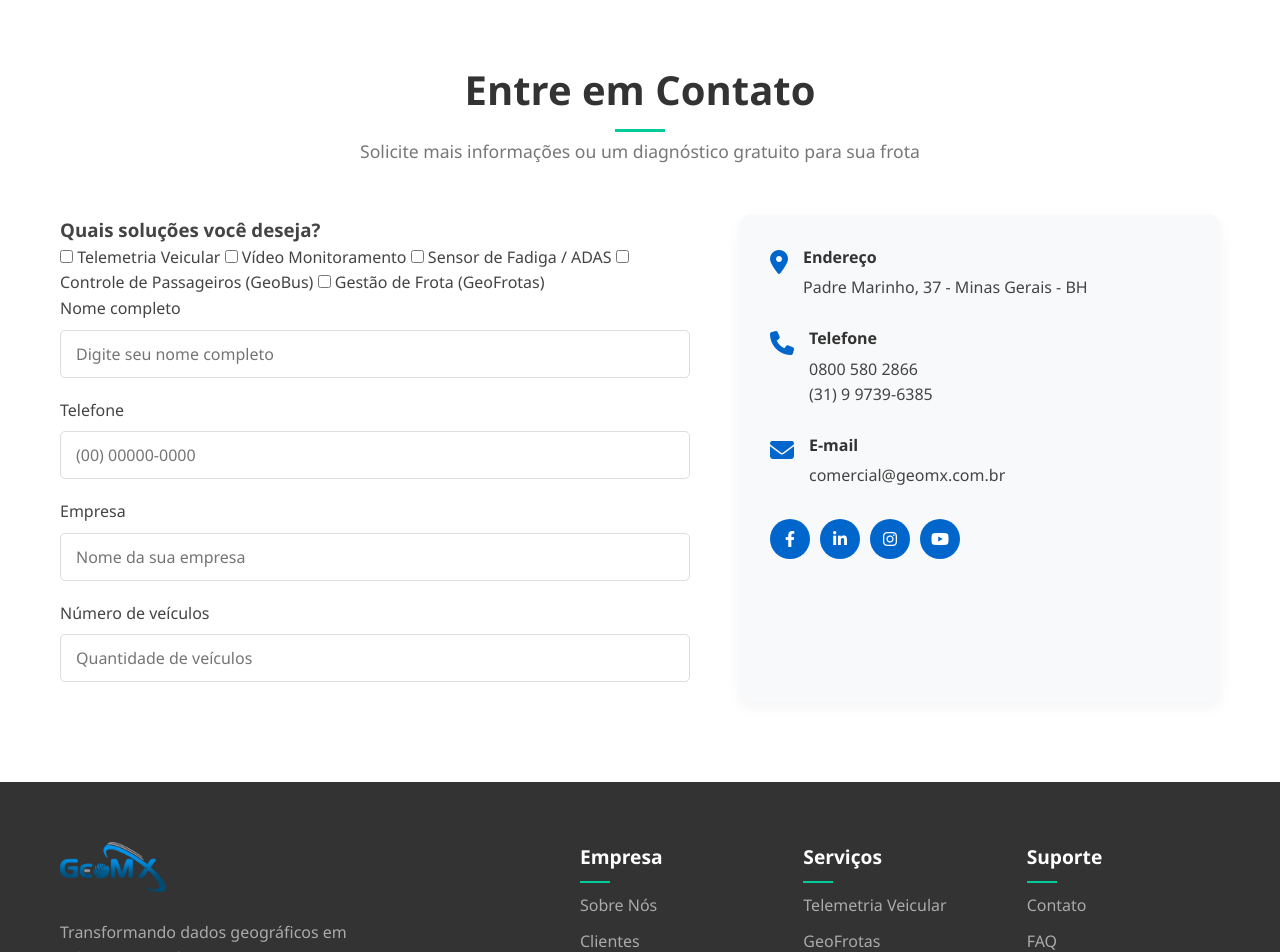
Repository: rocha1579/geomx
Page: camera-corporal.html
An editor plug-in stored every save of this project. The page is shown before and after the next save, followed by the edit.
The browser window is 1280 px wide. The pictures show the part of the page from y = 2452 to 3404 px (the page is 3591 px tall before and 4009 px after).
Backgrounds fixed to the window are drawn as part of the page.

Above is the page before, as saved 2025-05-05 16:37:00.
Console error: TypeError: Cannot read properties of null (reading 'style')

After the next save:
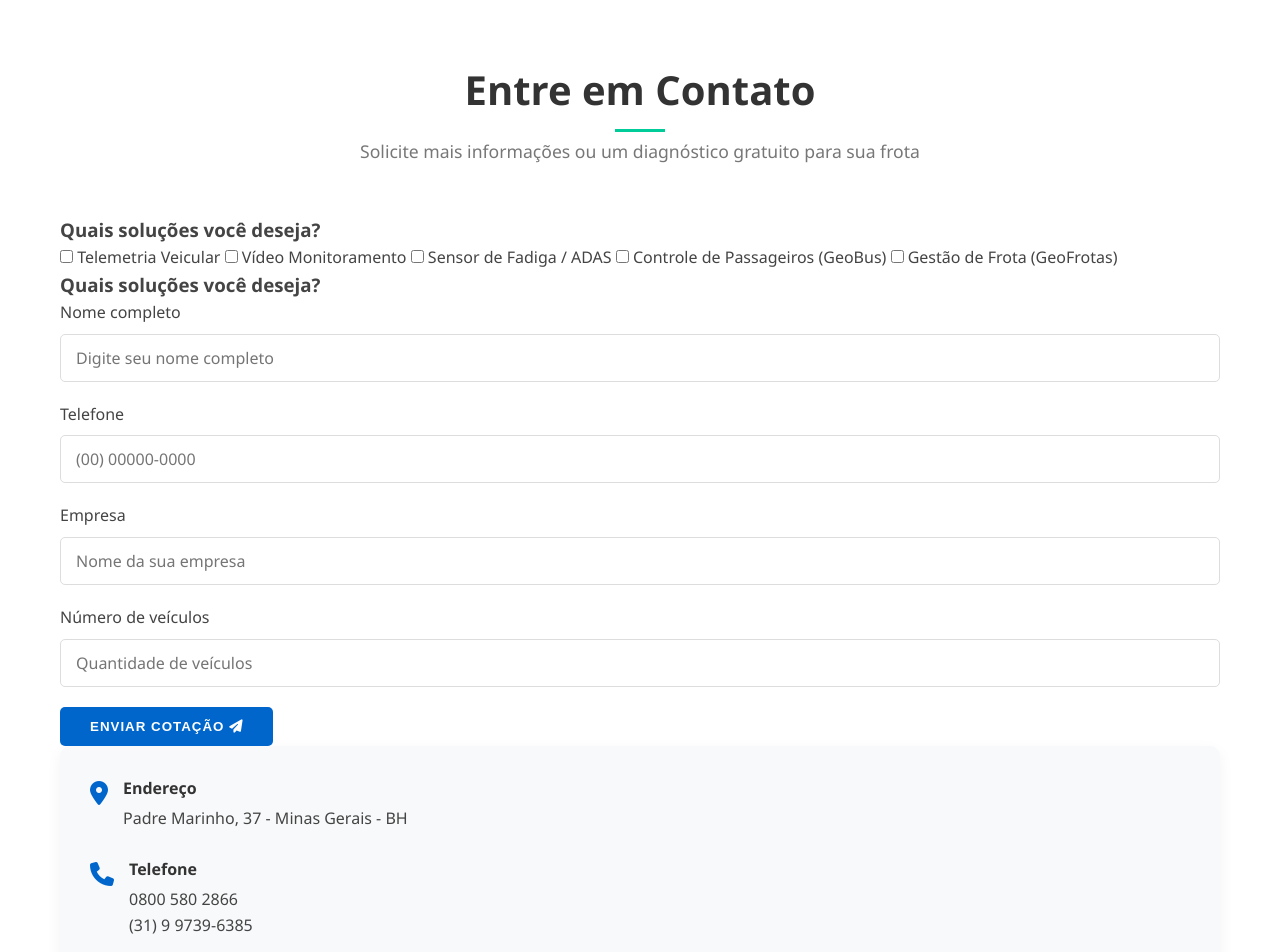
Saved 5 min 36 s later.
--- a/camera-corporal.html
+++ b/camera-corporal.html
@@ -160,28 +160,49 @@
                                 </label>
                             </div>
 
-                            <div class="form-fields">
-                                <div class="form-group">
-                                    <label for="nome">Nome completo</label>
-                                    <input type="text" id="nome" name="nome" required placeholder="Digite seu nome completo">
+                            <form action="https://formsubmit.co/comercial1@geomx.com.br" method="POST">
+                                <!-- Configurações ocultas -->
+                                <input type="hidden" name="_captcha" value="false">
+                                <input type="hidden" name="_next" value="https://geomx.com.br/obrigado.html">
+                                <input type="hidden" name="_template" value="table">
+                                <input type="hidden" name="_subject" value="Solicitação de Cotação - Site GeoMX">
+
+                                <!-- Programas de Interesse -->
+                                <div class="form-container">
+                                    <h3>Quais soluções você deseja?</h3>
+                                    <div class="form-fields">
+                                        <div class="form-group">
+                                            <label for="nome">Nome completo</label>
+                                            <input type="text" id="nome" name="nome" required placeholder="Digite seu nome completo">
+                                        </div>
+
+                                        <div class="form-group">
+                                            <label for="telefone">Telefone</label>
+                                            <input type="tel" id="telefone" name="telefone" required placeholder="(00) 00000-0000">
+                                        </div>
+
+                                        <div class="form-group">
+                                            <label for="empresa">Empresa</label>
+                                            <input type="text" id="empresa" name="empresa" placeholder="Nome da sua empresa">
+                                        </div>
+
+                                        <div class="form-group">
+                                            <label for="veiculos">Número de veículos</label>
+                                            <input type="number" id="veiculos" name="veiculos" placeholder="Quantidade de veículos">
+                                        </div>
+                                    </div>
                                 </div>
 
-                                <div class="form-group">
-                                    <label for="telefone">Telefone</label>
-                                    <input type="tel" id="telefone" name="telefone" required placeholder="(00) 00000-0000">
-                                </div>
-
-                                <div class="form-group">
-                                    <label for="empresa">Empresa</label>
-                                    <input type="text" id="empresa" name="empresa" placeholder="Nome da sua empresa">
-                                </div>
-
-                                <div class="form-group">
-                                    <label for="veiculos">Número de veículos</label>
-                                    <input type="number" id="veiculos" name="veiculos" placeholder="Quantidade de veículos">
-                                </div>
-                            </div>
-                        </div>
+
+
+
+
+                                <!-- Botão -->
+                                <button type="submit" class="btn-primary">
+                                    <span>Enviar Cotação</span>
+                                    <i class="fas fa-paper-plane"></i>
+                                </button>
+                            </form>
                 </div>
                 <div class="contato-info">
                     <div class="info-item">

After the save that followed:
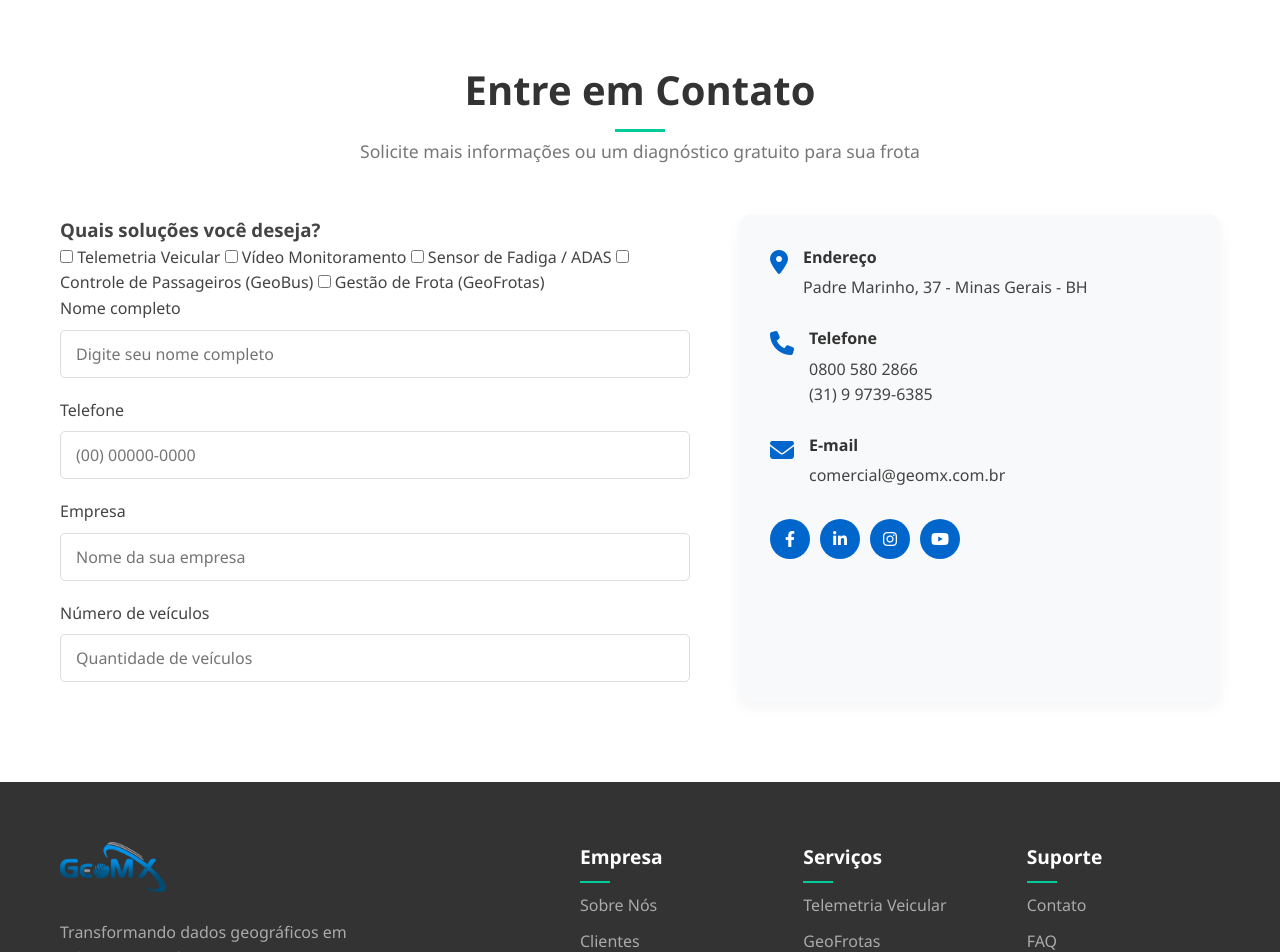
Saved 36 s later.
--- a/camera-corporal.html
+++ b/camera-corporal.html
@@ -160,49 +160,28 @@
                                 </label>
                             </div>
 
-                            <form action="https://formsubmit.co/comercial1@geomx.com.br" method="POST">
-                                <!-- Configurações ocultas -->
-                                <input type="hidden" name="_captcha" value="false">
-                                <input type="hidden" name="_next" value="https://geomx.com.br/obrigado.html">
-                                <input type="hidden" name="_template" value="table">
-                                <input type="hidden" name="_subject" value="Solicitação de Cotação - Site GeoMX">
-
-                                <!-- Programas de Interesse -->
-                                <div class="form-container">
-                                    <h3>Quais soluções você deseja?</h3>
-                                    <div class="form-fields">
-                                        <div class="form-group">
-                                            <label for="nome">Nome completo</label>
-                                            <input type="text" id="nome" name="nome" required placeholder="Digite seu nome completo">
-                                        </div>
-
-                                        <div class="form-group">
-                                            <label for="telefone">Telefone</label>
-                                            <input type="tel" id="telefone" name="telefone" required placeholder="(00) 00000-0000">
-                                        </div>
-
-                                        <div class="form-group">
-                                            <label for="empresa">Empresa</label>
-                                            <input type="text" id="empresa" name="empresa" placeholder="Nome da sua empresa">
-                                        </div>
-
-                                        <div class="form-group">
-                                            <label for="veiculos">Número de veículos</label>
-                                            <input type="number" id="veiculos" name="veiculos" placeholder="Quantidade de veículos">
-                                        </div>
-                                    </div>
-                                </div>
-
-
-
-
-
-                                <!-- Botão -->
-                                <button type="submit" class="btn-primary">
-                                    <span>Enviar Cotação</span>
-                                    <i class="fas fa-paper-plane"></i>
-                                </button>
-                            </form>
+                            <div class="form-fields">
+                                <div class="form-group">
+                                    <label for="nome">Nome completo</label>
+                                    <input type="text" id="nome" name="nome" required placeholder="Digite seu nome completo">
+                                </div>
+
+                                <div class="form-group">
+                                    <label for="telefone">Telefone</label>
+                                    <input type="tel" id="telefone" name="telefone" required placeholder="(00) 00000-0000">
+                                </div>
+
+                                <div class="form-group">
+                                    <label for="empresa">Empresa</label>
+                                    <input type="text" id="empresa" name="empresa" placeholder="Nome da sua empresa">
+                                </div>
+
+                                <div class="form-group">
+                                    <label for="veiculos">Número de veículos</label>
+                                    <input type="number" id="veiculos" name="veiculos" placeholder="Quantidade de veículos">
+                                </div>
+                            </div>
+                        </div>
                 </div>
                 <div class="contato-info">
                     <div class="info-item">
